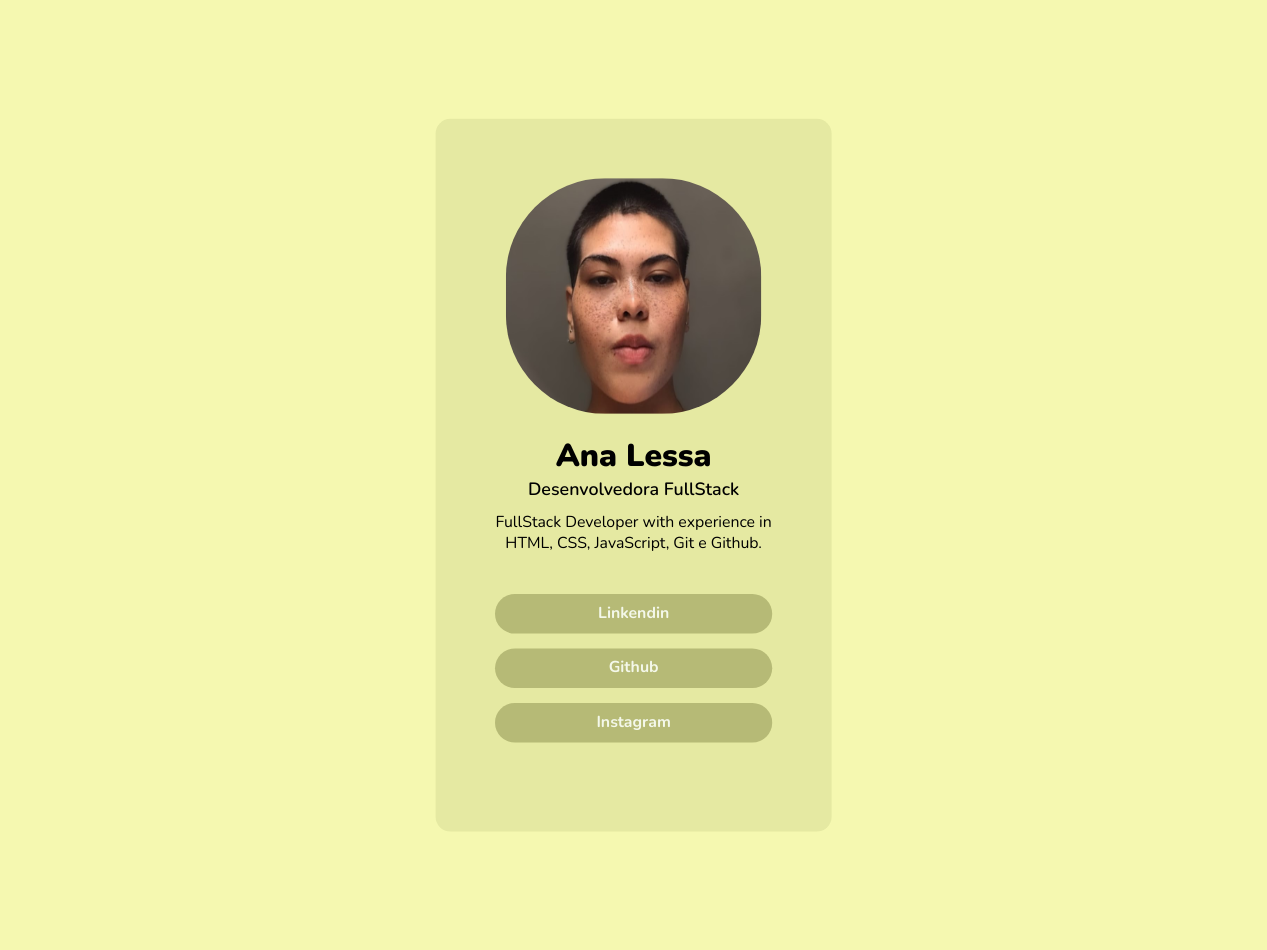
Repository: analessp/linktree
Page: index.html
These files come from the project's save history. The page is drawn as it stood at one moment and after the next save; the edit follows.
The browser window is 1280 px wide. The pictures show the whole page, at 99% of full size.

Above is the page before, as saved 2025-04-11 10:33:51.

### index.html
<!DOCTYPE html>
<html lang="pt-BR">
<head>
    <meta charset="UTF-8">
    <meta name="viewport" content="width=device-width, initial-scale=1.0">
    <title>Linktree Ana Lessa</title>
    <link rel="stylesheet" href="style.css">
    <link rel="preconnect" href="https://fonts.googleapis.com">
    <link rel="preconnect" href="https://fonts.gstatic.com" crossorigin>
    <link href="https://fonts.googleapis.com/css2?family=Nunito:ital,wght@0,200..1000;1,200..1000&display=swap" rel="stylesheet">
    <link rel="stylesheet" type='text/css' href="https://cdn.jsdelivr.net/gh/devicons/devicon@latest/devicon.min.css" />

</head>
<body>
    <div class="container-main">
    <div class="container-image">
        <img src="./assets/img.jpg" alt="Foto de Ana Lessa">
    </div>
    <div class="container-infos">
        <h1>Ana Lessa</h1>
        <h2>Desenvolvedora FullStack</h2>
    </div>
    <div class="container-easter-egg">
        <p>FullStack Developer with experience in HTML, CSS, JavaScript, Git e Github.</p>
    </div>
    <div class="container-social-links">
        <ul>
            <a href="https://www.linkedin.com/in/ana-lessa-2a312a253/" target="_blank">
            <li>
                <p>Linkendin</p>
            </li></a>
            <a href="https://github.com/analessp" target="_blank">
            <li>Github</li></a>
            <a href="https://www.instagram.com/analessp/" target="_blank">
            <li>Instagram</li></a>
        </ul>
    </div>
    </div>
</body>
</html>

### style.css
* {
    font-family: "Nunito", sans-serif;
    margin: 0;
    padding: 0;
    box-sizing: border-box;
}

body {
    background-color: #f5f8b0;
}

.container-main {
    background-color: #e5e9a2;
    width: 400px;
    height: 720px;
    box-sizing: border-box;
    margin: 120px auto;
    padding: 60px;
    border-radius: 15px;
    text-align: center;
}

.container-image img{
        width: 258px;
        height: 238px;
        border-radius: 100px;
}

.container-infos {
margin-top: 15px;
margin-bottom: 10px;
}

.container-infos h1 {
    font-weight: 900;
}

.container-infos h2 {
    font-weight: 600;
    font-size: 18px;
}

.container-social-links ul {
    list-style: none;
}

.container-social-links a {
    text-decoration: none;
    color: #f4f8ea;
}

.container-social-links {
    margin-top: 40px;
}

.container-social-links li {
    width: 280px;
    height: 40px;
    background-color: #b6ba76;
    margin: 15px 0;
    padding: 8px 0;
    border-radius: 20px;
    font-weight: 700;
}

After the next save:
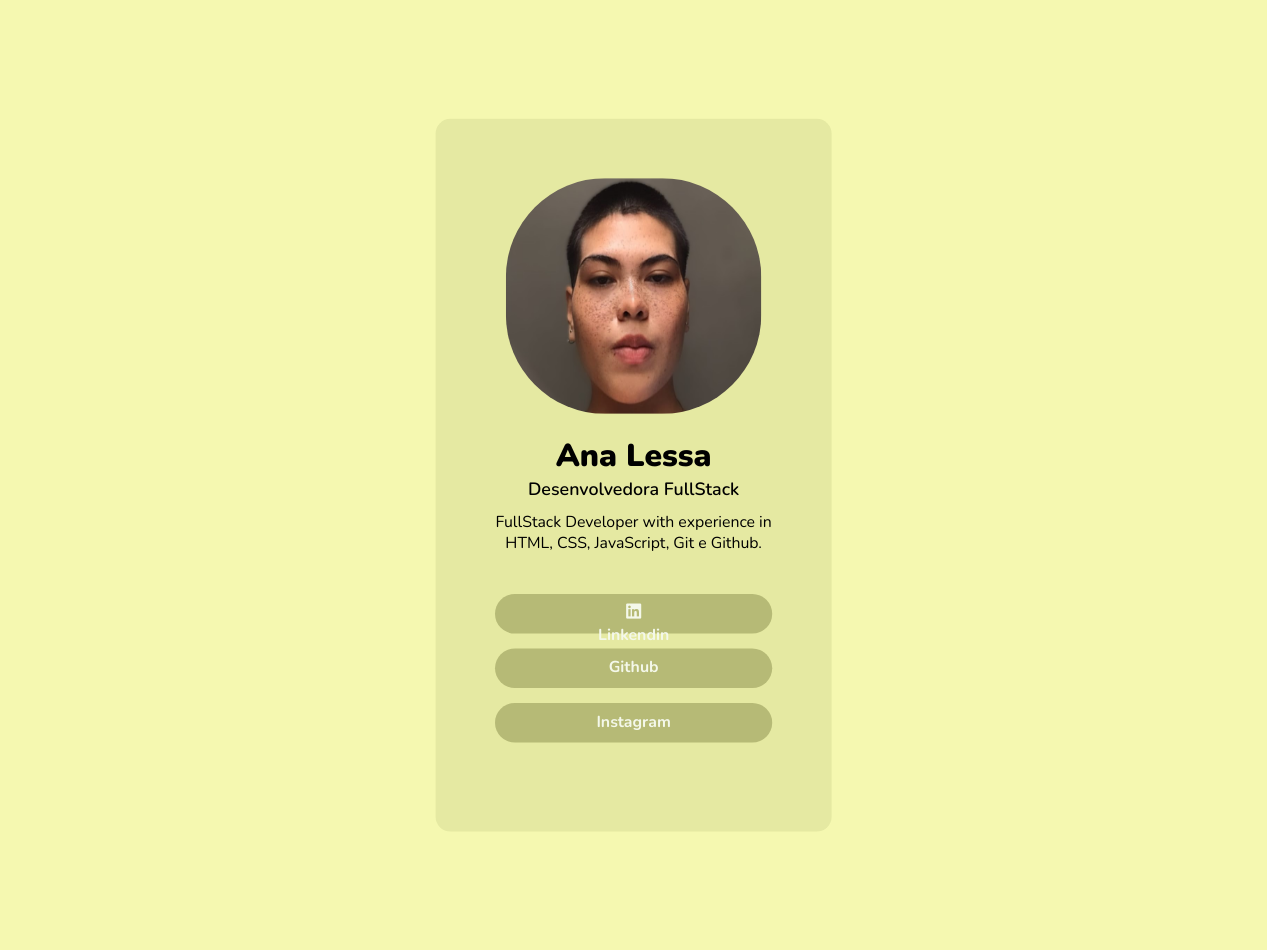
Saved 33 s later.
--- a/index.html
+++ b/index.html
@@ -27,6 +27,9 @@
         <ul>
             <a href="https://www.linkedin.com/in/ana-lessa-2a312a253/" target="_blank">
             <li>
+
+            <i class="devicon-linkedin-plain"></i>
+
                 <p>Linkendin</p>
             </li></a>
             <a href="https://github.com/analessp" target="_blank">
